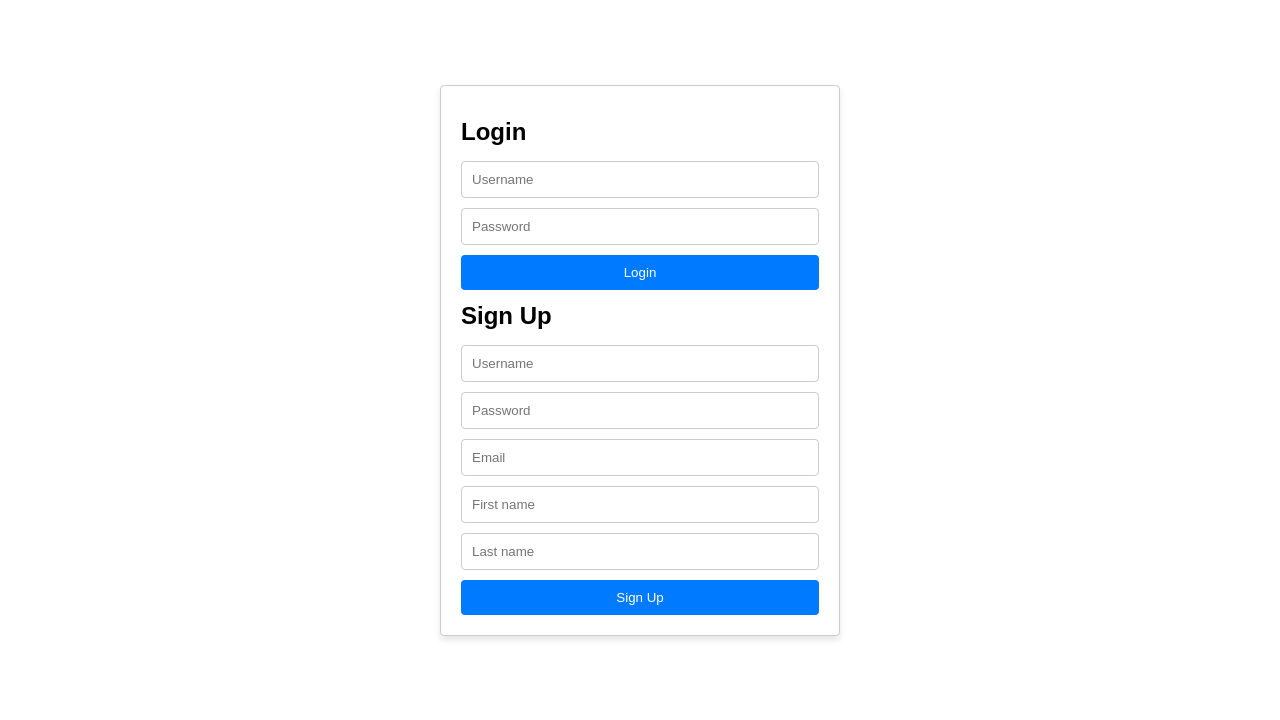
Repository: elqueben/message
Page: / (app in message-app/)
The author's editor kept a copy of each file at every save. The page is drawn from the files as they stood at one save, then again after the next save.
The browser window is 1280 px wide. The pictures show the whole page.
The project was rebuilt for these pictures with package versions that can differ from the ones it lists, and the page was loaded fresh each time. Also part of the build but not shown: message-app/vite.config.js.

Above is the page before, as saved 2023-05-08 15:50:44.

After the next save:
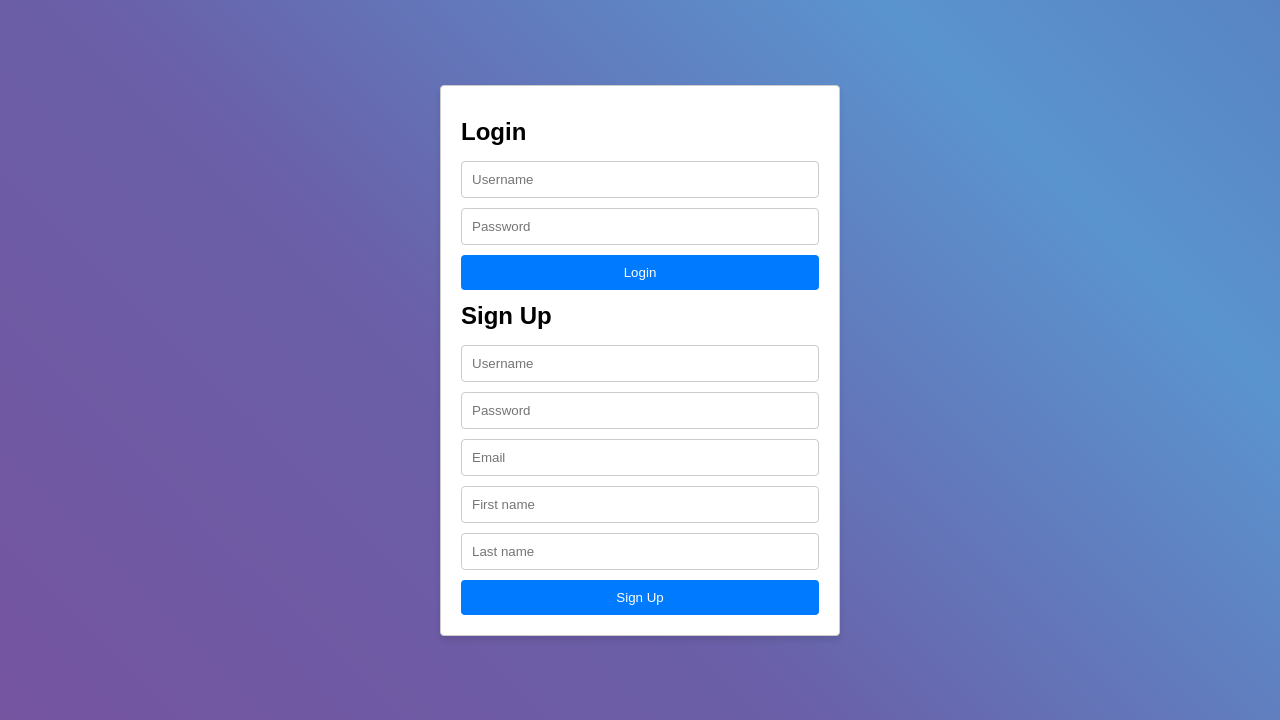
Saved 6 s later.
--- a/message-app/src/style.css
+++ b/message-app/src/style.css
@@ -18,7 +18,7 @@ body {
     rgba(117, 84, 160, 1),
     rgba(106, 95, 168, 1),
     rgba(90, 148, 207, 1),
-    rgba(87, 116, 184, 1)
+    rgba(87, 116, 184, 1),
     rgba(70, 135, 198, 1),
     rgba(44, 148, 207, 1)
   );
